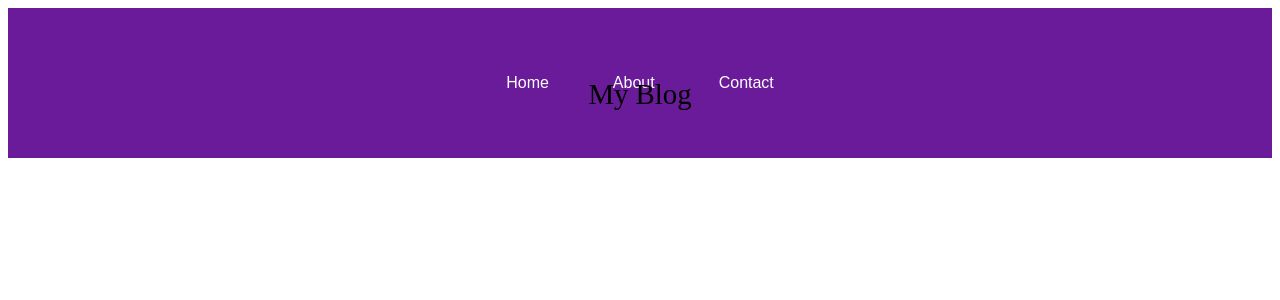
Repository: Femi007-gh/BLOG
Page: index.html
An editor plug-in stored every save of this project. The page is shown before and after the next save, followed by the edit.
The browser window is 1280 px wide. The pictures show the whole page.

Above is the page before, as saved 2025-01-08 07:32:43.

After the next save:
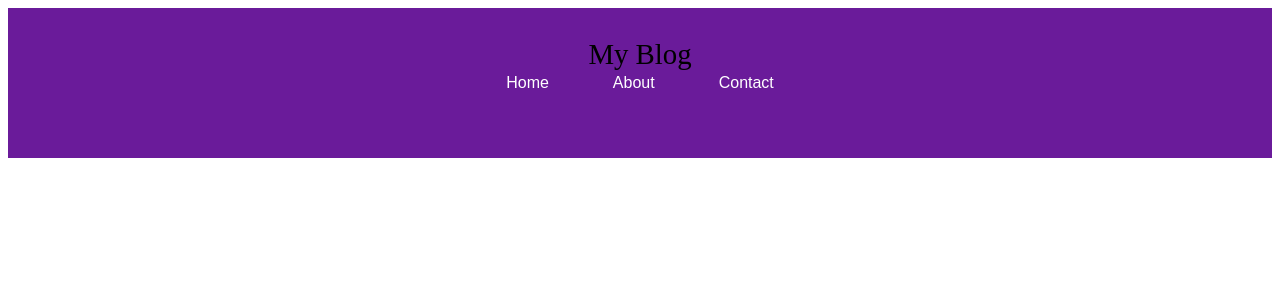
Saved 4 s later.
--- a/style.css
+++ b/style.css
@@ -28,7 +28,7 @@ nav {
     }
 
     p {
-      margin-top: -80px;
+      margin-top: -120px;
       font-size: 1.8rem;
 
       text-align: center;
